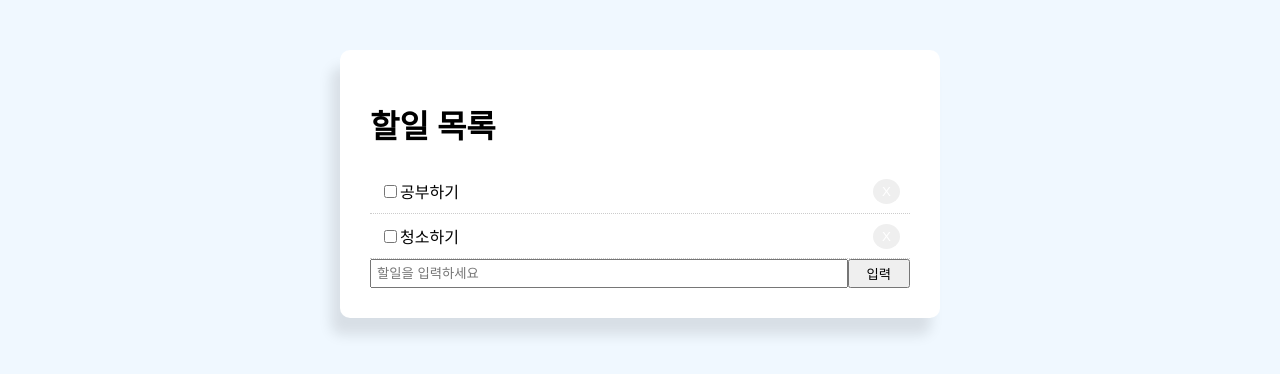
Repository: siwon9898/react-learn
Page: /
These files come from the project's save history. The page is drawn as it stood at one moment and after the next save; the edit follows.
The browser window is 1280 px wide. The pictures show the whole page.
The project was rebuilt for these pictures with package versions that can differ from the ones it lists, and the page was loaded fresh each time.

Above is the page before, as saved 2023-03-29 14:34:55.

### public/index.html
<!-- 페이지 템플릿 -->
<!DOCTYPE html>
<html lang="en">
  <head>
    <meta charset="utf-8" />
    <link rel="icon" href="%PUBLIC_URL%/favicon.ico" />
    <meta name="viewport" content="width=device-width, initial-scale=1" />
    <meta name="theme-color" content="#000000" />
    <meta
      name="description"
      content="Web site created using create-react-app"
    />
    <link rel="apple-touch-icon" href="%PUBLIC_URL%/logo192.png" />
    <!--
      manifest.json provides metadata used when your web app is installed on a
      user's mobile device or desktop. See https://developers.google.com/web/fundamentals/web-app-manifest/
    -->
    <link rel="manifest" href="%PUBLIC_URL%/manifest.json" />
    <!--
      Notice the use of %PUBLIC_URL% in the tags above.
      It will be replaced with the URL of the `public` folder during the build.
      Only files inside the `public` folder can be referenced from the HTML.

      Unlike "/favicon.ico" or "favicon.ico", "%PUBLIC_URL%/favicon.ico" will
      work correctly both with client-side routing and a non-root public URL.
      Learn how to configure a non-root public URL by running `npm run build`.
    -->
    <title>React App</title>
  </head>
  <body>
    <noscript>You need to enable JavaScript to run this app.</noscript>
    <div id="root"></div>
    <!--
      This HTML file is a template.
      If you open it directly in the browser, you will see an empty page.

      You can add webfonts, meta tags, or analytics to this file.
      The build step will place the bundled scripts into the <body> tag.

      To begin the development, run `npm start` or `yarn start`.
      To create a production bundle, use `npm run build` or `yarn build`.
    -->
  </body>
</html>

### src/index.js
//js 시작점
import React from 'react';
import ReactDOM from 'react-dom/client';
import './index.css';
import App from './App';
import reportWebVitals from './reportWebVitals';

const root = ReactDOM.createRoot(document.getElementById('root'));
root.render(
  <React.StrictMode>
    <App />
  </React.StrictMode>
);

// If you want to start measuring performance in your app, pass a function
// to log results (for example: reportWebVitals(console.log))
// or send to an analytics endpoint. Learn more: https://bit.ly/CRA-vitals
reportWebVitals();

### src/App.js
import React, { Component } from "react";
import "./App.css";
export default class App extends Component {
  btnStyle = {
    color: "#fff",
    border: "none",
    padding: "5px 9px",
    borderRadius: "50%",
    cursor: "pointer",
    float: "right",
  };

  getStyle = (completed) => {
    return {
      padding: "10px",
      borderBottom: "1px #ccc dotted",
      textDecoration: completed ? "line-through" : "none",
    };
  };

  state = {
    todoData: [
      {
        id: "1",
        title: "공부하기",
        completed: false,
      },
      {
        id: "2",
        title: "청소하기",
        completed: false,
      },
    ],
    value: "",
  };

  handleClick = (id) => {
    let newTodoData = this.state.todoData.filter((data) => data.id !== id);
    this.setState({ todoData: newTodoData });
  };

  handleChange = (e) => {
    this.setState({ value: e.target.value });
  };

  handleSubmit = (e) => {
    e.preventDefault(); //form안에서 input 전송(submit)할때 reload 막아줌

    //새로운 할일 데이터
    let newTodo = {
      id: Date.now(),
      title: this.state.value,
      completed: false,
    };
    //원래있던 할일에 새로운 할일 추가해줌
    this.setState({ todoData: [...this.state.todoData, newTodo] });
  };
  render() {
    return (
      <div className="container">
        <div className="todoBlock">
          <div className="title">
            <h1>할일 목록</h1>
          </div>
          {/* map은 배열 요소를 함수를 거쳐 새로운 배열을 반환해준다 */}
          {this.state.todoData.map((data) => (
            <div style={this.getStyle(data.completed)} key={data.id}>
              {/* 여러개의 객체를 넣을때는 unique한 key prop이 있어야함 */}
              <input type="checkbox" defaultChecked={false} />
              {data.title}
              {/* 중괄호로 넣어야 실제 데이터가 들어감 */}
              <button
                style={this.btnStyle}
                onClick={() => this.handleClick(data.id)}
              >
                X
              </button>
            </div>
          ))}

          <form style={{ display: "flex" }} onSubmit={this.handleSubmit}>
            <input
              type="text"
              name="value"
              placeholder="할일을 입력하세요"
              style={{ flex: "10", padding: "5px" }}
              value={this.state.value}
              onChange={this.handleChange}
            />
            <input
              type="submit"
              value="입력"
              className="btn"
              style={{ flex: "1" }}
            />
          </form>
        </div>
      </div>
    );
  }
}

### src/App.css

.container {
  margin: auto;
  max-width: 600px;
}

.todoBlock {
  padding: 30px;
  margin-top: 50px;
  background-color: #fff;
  border-radius: 10px;
  box-shadow: -9px 17px 13px rgb(0,0,0,0.1);
}

Loaded but not shown: src/index.css (common file); src/reportWebVitals.js (common file)

After the next save:
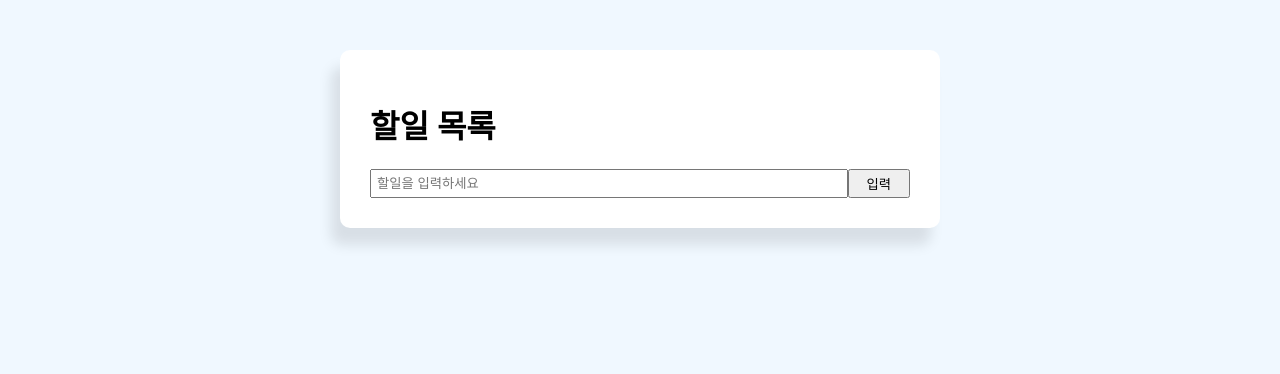
Saved 4 s later.
--- a/src/App.js
+++ b/src/App.js
@@ -19,18 +19,7 @@ export default class App extends Component {
   };
 
   state = {
-    todoData: [
-      {
-        id: "1",
-        title: "공부하기",
-        completed: false,
-      },
-      {
-        id: "2",
-        title: "청소하기",
-        completed: false,
-      },
-    ],
+    todoData: [],
     value: "",
   };
 
